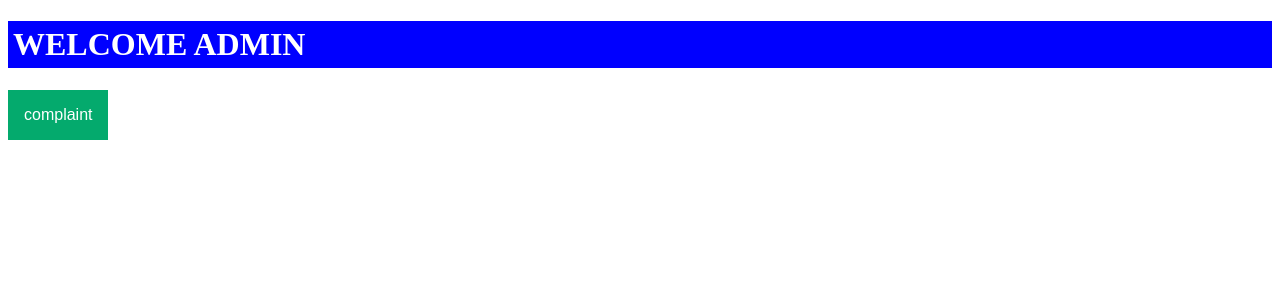
Repository: Jobinte/KSEB-PROJECT
Page: KSEB-complaint-management/WebContent/admin.html
An editor plug-in stored every save of this project. The page is shown before and after the next save, followed by the edit.
The browser window is 1280 px wide. The pictures show the whole page.

Above is the page before, as saved 2023-11-21 09:48:50.

### KSEB-complaint-management/WebContent/admin.html
<!DOCTYPE html>
<html>
<head>
<meta charset="ISO-8859-1">
<title>admin</title>
<link href="css/admin.css" rel="stylesheet" type="text/css" />
</head>
<body>
 <div class="header">
        <h1>WELCOME ADMIN</h1>
    </div>
<div class="dropdown">
  <button class="dropbtn">complaint</button>
  <div class="dropdown-content">
    <a href="#"> Register complaint </a>
    <a href="#"> editcomplaint </a>
    <a href="#"> complaint status</a>
  </div>
</div>



</body>
</html>

### KSEB-complaint-management/WebContent/css/admin.css
 h1 {
            background-color:blue;
            color: white;
            text-align: left;
            padding: 5px;
        }


.dropbtn {
	background-color: #04AA6D;
	color: white;
	padding: 16px;
	font-size: 16px;
	border: none;
}

.dropdown {
	position: relative;
	display: inline-block;
}

.dropdown-content {
	display: none;
	position: absolute;
	background-color: #f1f1f1;
	min-width: 160px;
	box-shadow: 0px 8px 16px 0px rgba(0, 0, 0, 0.2);
	z-index: 1;
}

.dropdown-content a {
	color: black;
	padding: 12px 16px;
	text-decoration: none;
	display: block;
}

.dropdown-content a:hover {
	background-color: #ddd;
}

.dropdown:hover .dropdown-content {
	display: block;
}

.dropdown:hover .dropbtn {
	background-color: #3e8e41;
}

After the next save:
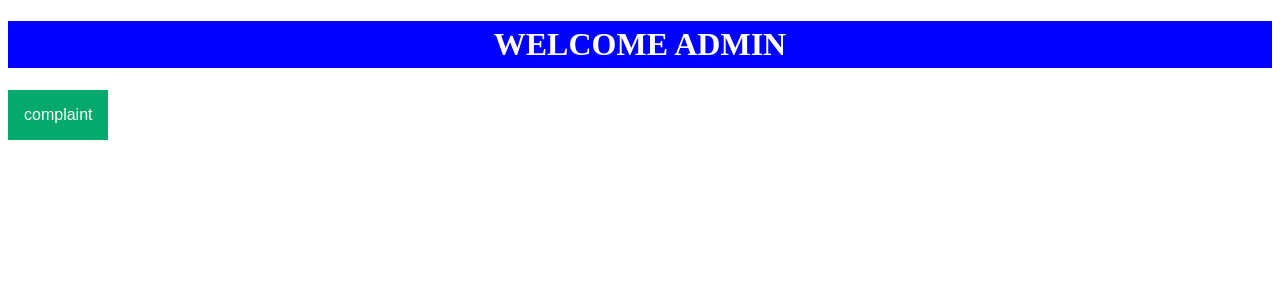
Saved 72 s later.
--- a/KSEB-complaint-management/WebContent/css/admin.css
+++ b/KSEB-complaint-management/WebContent/css/admin.css
@@ -1,7 +1,7 @@
  h1 {
             background-color:blue;
             color: white;
-            text-align: left;
+            text-align: center;
             padding: 5px;
         }
 
